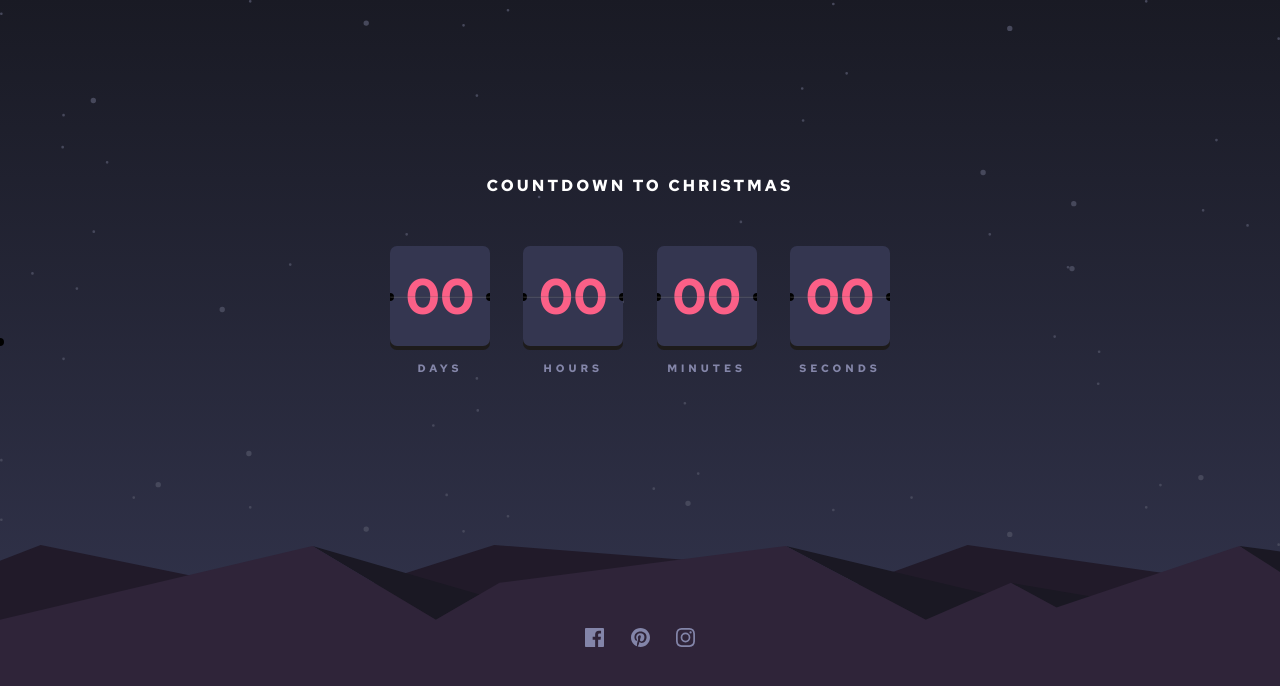
Repository: Eugene44-hub/countdown
Page: index.html
The author's editor kept a copy of each file at every save. The page is drawn from the files as they stood at one save, then again after the next save.
The browser window is 1280 px wide. The pictures show the whole page.

Above is the page before, as saved 2021-09-13 02:36:01.

### index.html
<!DOCTYPE html>
<html lang="en">

<head>
    <meta charset="UTF-8">
    <meta http-equiv="X-UA-Compatible" content="IE=edge">
    <meta name="viewport" content="width=device-width, initial-scale=1.0">
    <title>Document</title>
    <link rel="stylesheet" href="style.css">
</head>

<body>
    <div class="container">
        <div class="box">
            <div class="circle"></div>
        </div>

        <div class="timer">
            <h4 class="col10">countdown to christmas</h4>
            <div>
                <div class="card">
                    <div class="circle"></div>
                    <div class="circle circle2"></div>
                    <p id="days">00</p>
                    <hr>
                </div>
                <h6>days</h6>
            </div>
            <div>
                <div class="card">
                    <div class="circle"></div>
                    <div class="circle circle2"></div>
                    <p id="hours">00</p>
                    <hr>
                </div>
                <h6>hours</h6>
            </div>
            <div>
                <div class="card">
                    <div class="circle"></div>
                    <div class="circle circle2"></div>
                    <p id="minutes">00</p>
                    <hr>
                </div>
                <h6>minutes</h6>
            </div>
            <div>
                <div class="card">
                    <div class="circle"></div>
                    <div class="circle circle2"></div>
                    <p id="seconds">00</p>
                    <hr>
                </div>
                <h6>seconds</h6>
            </div>

        </div>
        <footer>
            <div class="social-media" id="facebook">
                <a href=""><img src="images/icon-facebook.svg"></a>
            </div>
            <div class="social-media" id="pinterest">
                <a href="">
                    <img src="images/icon-pinterest.svg">
                </a>
            </div>
            <div class="social-media" id="instagram">
                <a href="">
                    <img src="images/icon-instagram.svg">
                </a>
            </div>



        </footer>
    </div>

    <script src="app.js"></script>

</body>

</html>

</html>

### style.css
    @import url('https://fonts.googleapis.com/css2?family=Red+Hat+Text:wght@700&display=swap');
    * {
        padding: 0;
        margin: 0;
        box-sizing: border-box;
    }

    body {
        /* background-color: hsl(235, 16%, 14%); */
        /* background-color: hsl(234, 17%, 12%); */
        background-image: url('images/pattern-hills.svg'), url('images/bg-stars.svg'), linear-gradient( hsl(235, 18%, 12%), hsl(236, 21%, 26%));
        background-position: bottom, top;
        background-repeat: no-repeat, repeat;
        background-size: contain;
        background-attachment: fixed;
        font-family: 'Red Hat Text';
    }

    .container {
        display: flex;
        width: 100%;
        height: 500px;
        flex-wrap: wrap;
        text-align: center;
    }

    .col10 {
        flex: 100%;
        margin: auto;
    }

    h4 {
        color: white;
        padding: 50px;
        text-transform: uppercase;
        letter-spacing: 3px;
    }

    h6 {
        color: white;
        text-transform: uppercase;
        margin-top: 15px;
        color: hsl(237, 18%, 59%);
        letter-spacing: 4px;
    }

    .timer {
        margin: auto;
        display: flex;
        flex-wrap: wrap;
        justify-content: space-between;
        max-width: 500px;
    }

    .card {
        background-color: hsl(236, 21%, 26%);
        width: 100px;
        height: 100px;
        position: relative;
        overflow: hidden;
        box-shadow: 0px 4px rgb(29, 27, 27);
        border-radius: 7px;
        display: flex;
    }

    p {
        font-size: 50px;
        color: hsl(345, 95%, 68%);
        margin: auto;
    }

    .circle {
        border-width: 4px;
        border-radius: 50%;
        border-color: black;
        border-style: solid;
        height: 1px;
        position: absolute;
        left: -4px;
        top: 47%;
    }

    .circle2 {
        left: 96px;
    }

    hr {
        position: absolute;
        width: 100%;
        top: 50%;
        left: 0%;
        border-color: rgb(158, 158, 158);
        opacity: 0.2;
    }

    footer {
        display: flex;
        justify-content: space-between;
        flex: 100%;
        max-width: 130px;
        position: absolute;
        bottom: 5%;
        left: 50%;
        transform: translate(-50%, -50%);
    }

    img {
        width: 100%
    }

    .social-media {
        width: 30%;
        padding: 10px;
    }

    img:hover {
        background-color: hsl(345, 95%, 68%);
    }

    @media screen and (max-width: 720px) {
        .timer {
            max-width: 100%;
            padding: 2px;
        }
        body {
            background-image: url('images/snow-clipart-620123-ields-covered-with-snow-under-a-b-Stock-Vector.jpg');
            background-size: auto;
        }
    }
    /* timer color  hsl(345, 95%, 68%)
timer card color hsl(237, 18%, 59%)
* /

### app.js
setInterval(e => {
    const days = document.querySelector('#days');
    const hours = document.querySelector('#hours');
    const minutes = document.querySelector('#minutes');
    const seconds = document.querySelector('#seconds');
    //Actual values
    const proposed = new Date('2021-12-25');
    const current = new Date();

    const proArr = [proposed.getHours(), proposed.getMinutes(), proposed.getSeconds(), proposed.getDay(), proposed.getMonth()];
    let daysTo, hoursTo, minutesTo, secondsTo;

    daysTo = (((proArr.at(-1) * 31) - 7) + proposed.getDate()) - (((current.getMonth() * 31) - 5) + current.getDate());
    hoursTo = (24 - current.getHours());
    minutesTo = (60 - current.getMinutes());
    secondsTo = (60 - current.getSeconds());

    days.textContent = daysTo;
    hours.textContent = hoursTo;
    minutes.textContent = minutesTo;
    seconds.textContent = secondsTo;
}, Infinity)









//calculation starts
// console.log((((proArr.at(-1) * 31) - 7) + proposed.getDate()) - (((current.getMonth() * 31) - 5) + current.getDate()) + 'days to christmas');
// console.log('hours:' + (24 - current.getHours()));
// console.log('minutes:' + (60 - current.getMinutes()));
// console.log('seconds:' + (60 - current.getSeconds()));
//claculations end


// console.log('proposed days:' + (((proArr.at(-1) * 31) - 7) + proposed.getDate()));
// console.log('current days:' + (((current.getMonth() * 31) - 5) + current.getDate()));
//test
// let cal = proposed. - current;
// console.log(proposed);
// console.log(current.getDate());
// console.log(proArr.at(-1) + 1);
// let another = new Date(cal);
// console.log(another)
//359-253 propsed day - current day(mth*31-7) for september minus 6

After the next save:
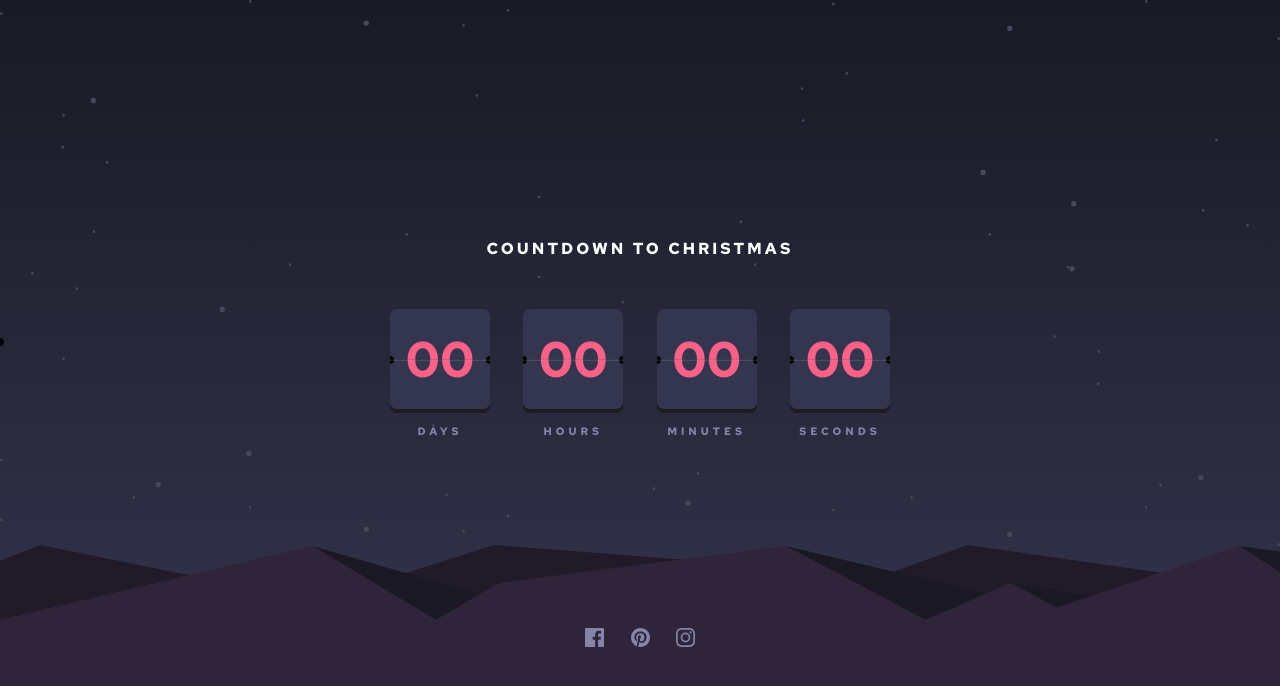
Saved 19 s later.
--- a/index.html
+++ b/index.html
@@ -11,7 +11,7 @@
 
 <body>
     <div class="container">
-        <div class="box">
+        <div class="box col10">
             <div class="circle"></div>
         </div>
 
